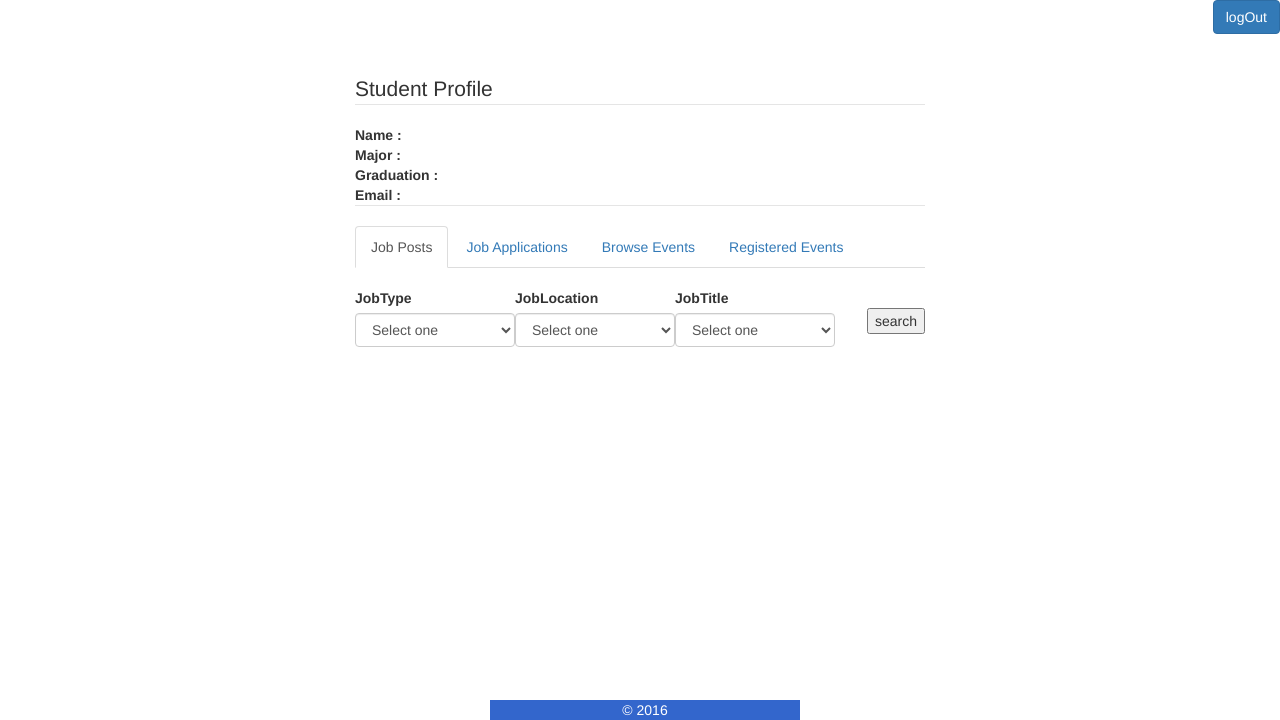
Repository: merlynfrank/AcademicProjects
Page: http://localhost/studenthome
The author's editor kept a copy of each file at every save. The page is drawn from the files as they stood at one save, then again after the next save.
The browser window is 1280 px wide. The pictures show the whole page.
The page is this project's Thymeleaf template; nobody is signed in. The template is opened directly, without the code that normally fills it, so the values that code supplies are empty.

Above is the page before, as saved 2018-12-01 15:49:40.

### smith-is-internship/src/main/resources/templates/studenthome.html
<!DOCTYPE html>
<html xmlns:th="http://thymeleaf.org">
<head>
<link th:href="@{/css/bootstrap.min.css}" rel="stylesheet"
	type="text/css"></link>
<link th:href="@{/css/layout.css}" rel="stylesheet" type="text/css"></link>
<script type="text/javascript" th:src="@{/js/jquery-3.1.0.min.js}"></script>
<script type="text/javascript" th:src="@{/js/bootstrap.min.js}"></script>
</head>
<script>
function retrieveJobs() {
    var url = '/jobsearch';
    var serialized = $("#searchForm").serialize();
    alert(serialized);
   /*  if ($('#searchSurname').val() != '') {
        url = url + '/' + $('#searchSurname').val();
    }
 */
    $("#resultsBlock").load(url);
}

</script>
<style>

.footer {
	position: absolute;
	right: 37.5%;
	left: 50%;
	bottom: 0px;
	width: 100;
	background: #3366cc;
	color: white;
	text-align: center;
	margin-left: -150px
}

.FixedHeightContainer
{
  float:right;
  height: 250px;

  padding:3px;

}
.Content
{
  height:224px;
   overflow:auto;
    background:#fff;
}
</style>
<body>
	<!-- LogOut button -->
	<form th:action="@{/login}" th:object="${loginForm}">
		<div align="right">
			<button id="logOut" name="logOut" class="btn btn-primary">logOut</button>
		</div>
	</form>
	<br />
	<br />
	<div class="container">

		<fieldset>

			<!-- Form Name -->
			<legend>Student Profile</legend>
			<table>
				<tr>
					<th>Name :</th>
					<td><span th:text="${fname}"> ${fname} </span><span
						th:text="${lname}">${lname}</span></td>
				</tr>
				<tr>
					<th>Major :</th>
					<td><span th:text="${major}"> ${major} </span></td>
				</tr>
				<tr>
					<th>Graduation :</th>
					<td><span th:text="${graduation}"> ${graduation} </span></td>
				</tr>
				<tr>
					<th>Email :</th>
					<td><span th:text="${email}"> ${email} </span></td>
				</tr>
			</table>

		</fieldset>


		<script type="text/javascript" th:src="@{/js/jquery-3.1.0.min.js}"></script>
		<script type="text/javascript" th:src="@{/js/bootstrap.min.js}"></script>
	</div>

	<!-- Table for Search jobs and Applied jobs -->
	<div class="container">
		<legend></legend>
	</div>

	<div id="exTab2" class="container">
		<ul class="nav nav-tabs">
			<li class="active"><a href="#1" data-toggle="tab">Job Posts</a>
			</li>
			<li><a href="#2" data-toggle="tab">Job Applications</a></li>
			<li><a href="#3" data-toggle="tab">Browse Events</a></li>
			<li><a href="#4" data-toggle="tab">Registered Events</a></li>
		</ul>

		<div class="tab-content ">
			<div class="tab-pane active" id="1">
			<br/>
				<form class="form-horizontal" id="searchForm" name="searchForm"
					th:object="${jobSearchForm}" method="post">
					<div class="form-group col-md-4">
						<label for="jobType">JobType</label> <select id="jobType" name="jobType"
							class="form-control">
							<option selected="selected" value="Select one">Select one</option>
							<option value="Analyst">Analyst</option>
						</select>
					</div>
					<div class="form-group col-md-4">
						<label for="joblocation">JobLocation</label> <select id="joblocation" name="joblocation"
							class="form-control">
							<option selected="selected" value="Select one">Select one</option>
							<option value="Maryland">Maryland</option>
							<option value="DC">DC</option>
						</select>
					</div>
					<div class="form-group col-md-4">
						<label for="jobTitle">JobTitle</label> <select id="jobTitle" name="jobTitle"
							class="form-control">
							<option selected="selected" value="Select one">Select one</option>
							<option value="Data Analyst">Data Analyst</option>
							<option value="Business Analyst">Business Analyst</option>
						</select>
					</div>
					<div align="right">
					<br/>
						<button id="searchButton" name="searchButton" onclick="retrieveJobs()" type="btn btn-primary">search</button>
					</div>
				</form>
				<div id="resultsBlock" class="form-elegant FixedHeightContainer Content">

				</div>

			</div>
			<div class="tab-pane" id="2">
				<h3>Notice the gap between the content and tab after applying a
					background color</h3>
			</div>
			<div class="tab-pane" id="3">
				<h3>add clearfix to tab-content (see the css)</h3>
			</div>
			<div class="tab-pane" id="4">
				<h3>add clearfix to tab-content (see the css)</h3>
			</div>
		</div>
	</div>


</body>
<div class="footer">&copy; 2016</div>

</html>

### smith-is-internship/src/main/resources/static/css/layout.css
.container {
    width: 600px;
    margin: auto;
}
.remember-me {
    text-align: center;
}
.btn-login {
    width: 100%;
}

Loaded but not shown: smith-is-internship/src/main/resources/static/css/bootstrap.min.css (library); smith-is-internship/src/main/resources/static/js/jquery-3.1.0.min.js (library); smith-is-internship/src/main/resources/static/js/bootstrap.min.js (library)

After the next save:
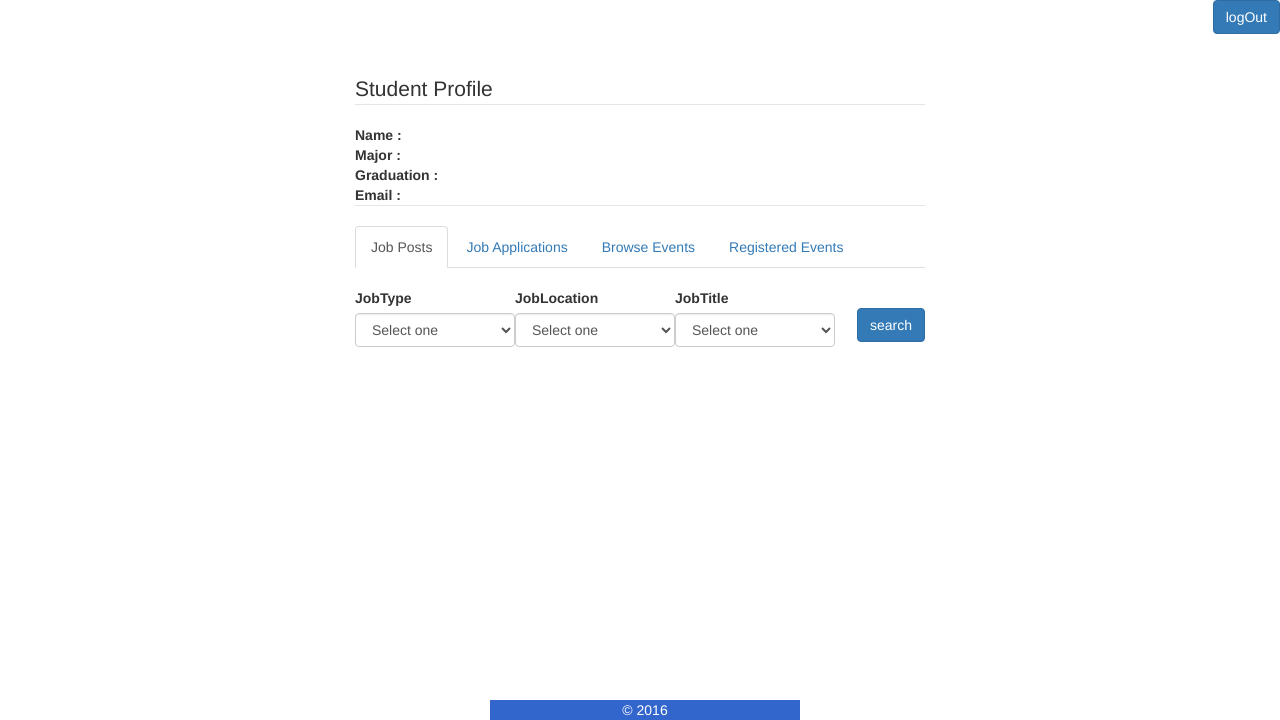
Saved 23 s later.
--- a/smith-is-internship/src/main/resources/templates/studenthome.html
+++ b/smith-is-internship/src/main/resources/templates/studenthome.html
@@ -135,7 +135,7 @@ function retrieveJobs() {
 					</div>
 					<div align="right">
 					<br/>
-						<button id="searchButton" name="searchButton" onclick="retrieveJobs()" type="btn btn-primary">search</button>
+						<button id="searchButton" name="searchButton" onclick="retrieveJobs()" class="btn btn-primary">search</button>
 					</div>
 				</form>
 				<div id="resultsBlock" class="form-elegant FixedHeightContainer Content">
